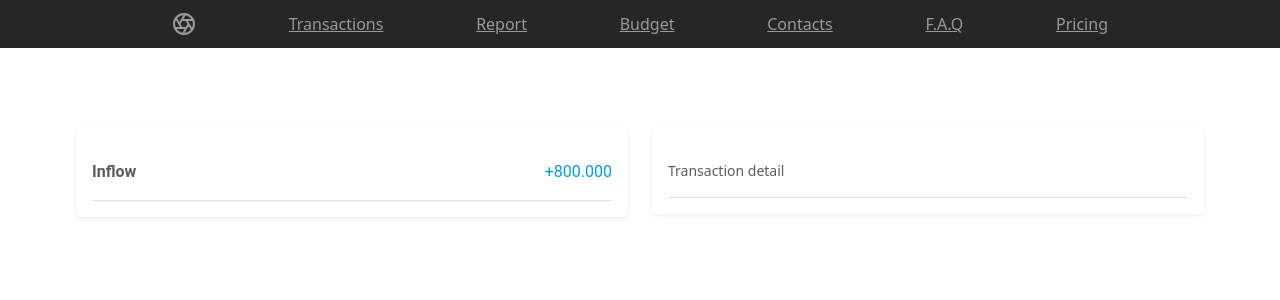
Repository: Nuriddinkhuja/budget-app-advanced
Page: index.html
An editor plug-in stored every save of this project. The page is shown before and after the next save, followed by the edit.
The browser window is 1280 px wide. The pictures show the whole page.
Some web libraries are served in a nearby version.

Above is the page before, as saved 2019-12-17 16:17:57.

After the next save:
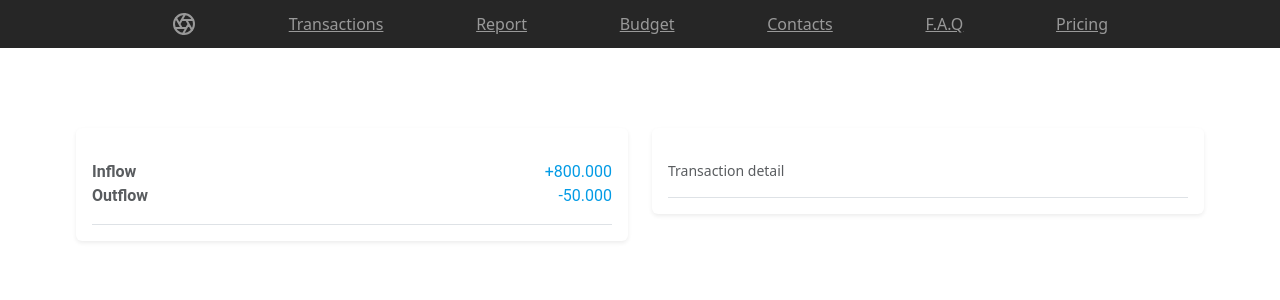
Saved 46 s later.
--- a/index.html
+++ b/index.html
@@ -31,6 +31,10 @@
                                 <strong class="text-gray-dark inflow">Inflow</strong>
                                 <span class="inflow-value">+800.000</span>
                             </div>
+                            <div class="d-flex justify-content-between align-items-center w-100">
+                                <strong class="text-gray-dark inflow">Outflow</strong>
+                                <span class="inflow-value">-50.000</span>
+                            </div>
                         </div>
                     </div>
                 </div>
